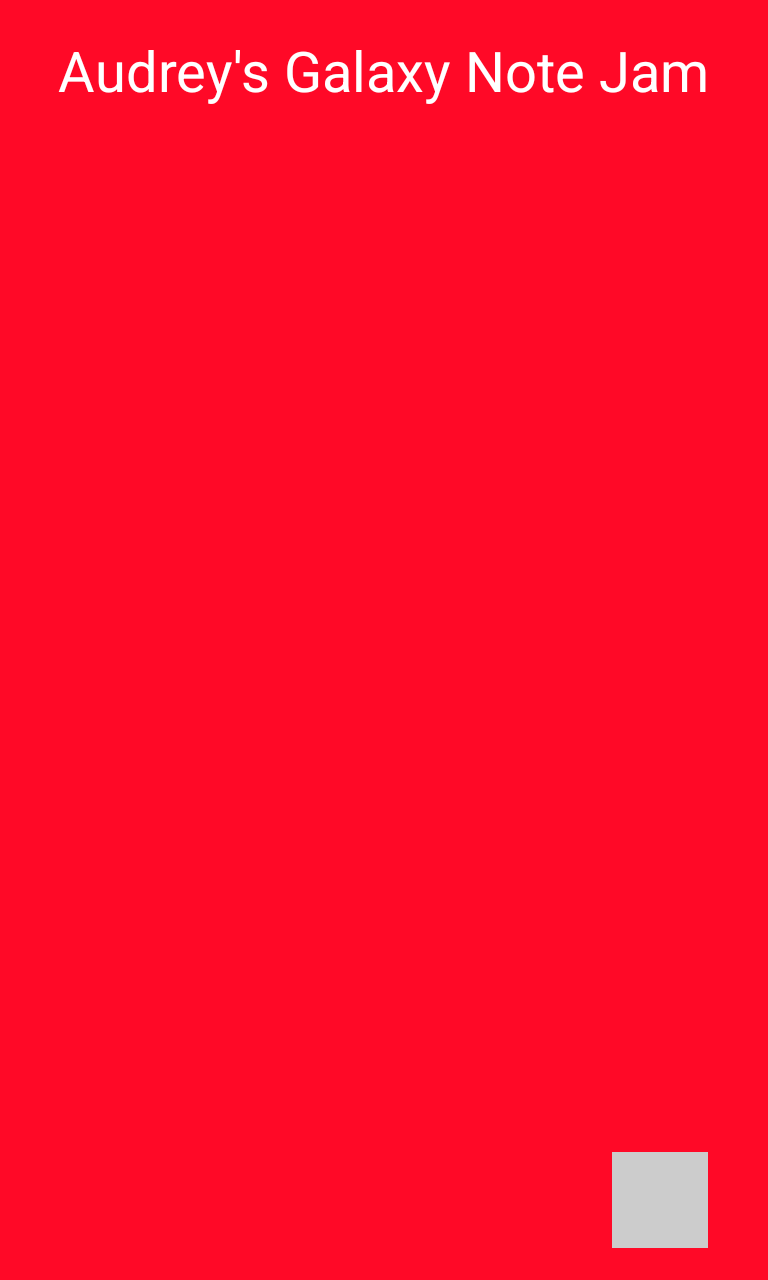
Repository: JayThomason/Tutti
Layout: tuttiUI/tuttiUI/res/layout/activity_view_jam.xml
An editor plug-in stored every save of this project. The layout is shown before and after the next save, followed by the edit.
It is drawn on a 768 x 1280 px phone screen (xhdpi) without system bars, with theme AppTheme; the app's code is not run. Lists and similar views that code fills are empty.

Above is the layout before, as saved 2014-03-09 08:51:39.

After the next save:
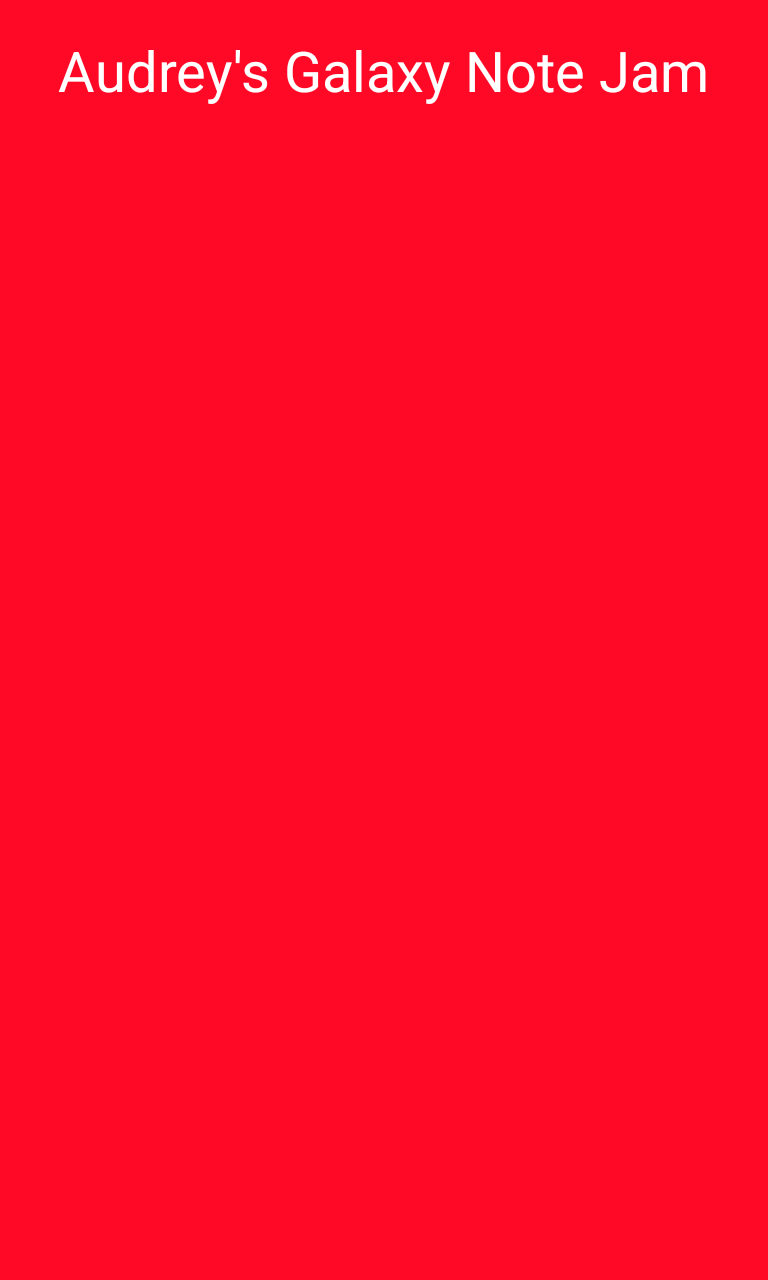
Saved 19 s later.
--- a/tuttiUI/tuttiUI/res/layout/activity_view_jam.xml
+++ b/tuttiUI/tuttiUI/res/layout/activity_view_jam.xml
@@ -37,7 +37,7 @@
         android:layout_alignRight="@+id/listView3"
         android:layout_marginRight="14dp"
         android:text=""
-        android:background="#CCCCCC"
+        android:background="#FF0927"
         android:onClick="popupJoinRequest"/>
 
 </RelativeLayout>
